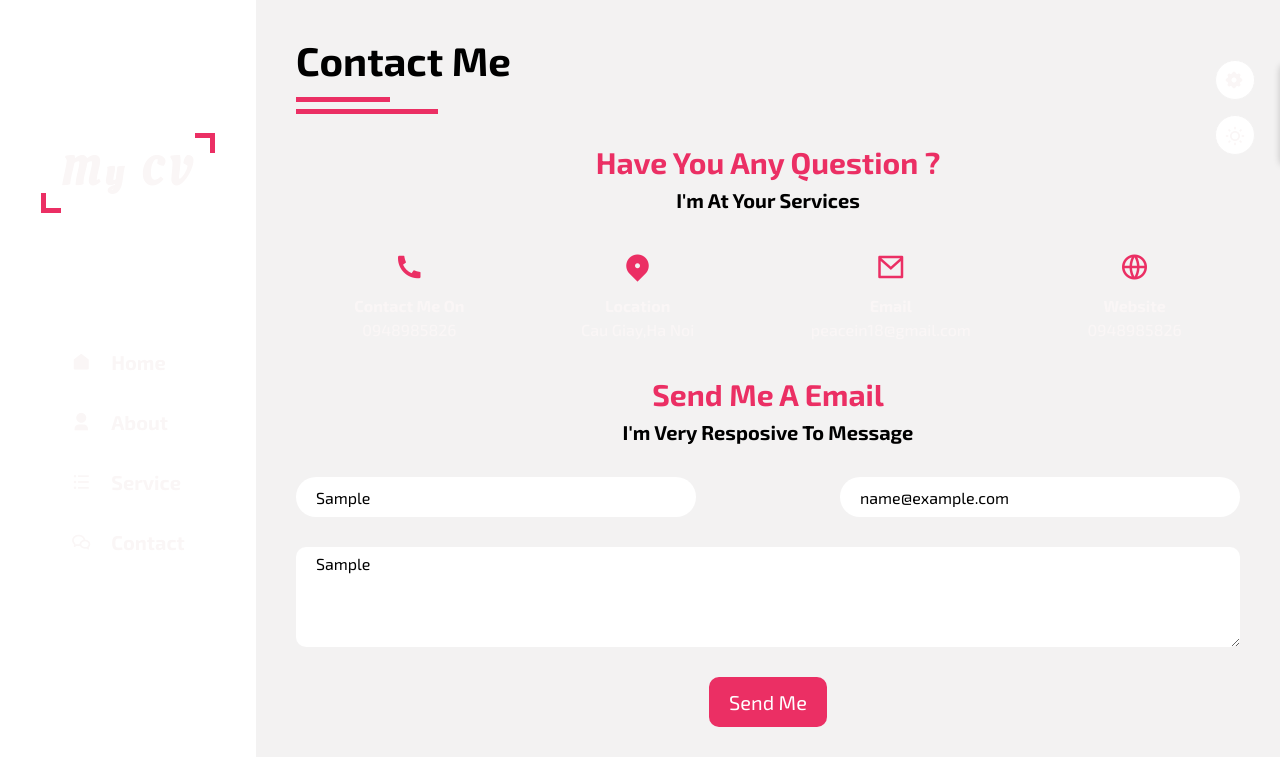
Repository: kien181999/First-Project
Page: index.html
These files come from the project's save history. The page is drawn as it stood at one moment and after the next save; the edit follows.
The browser window is 1280 px wide. The pictures show the whole page.
Empty fields were first filled with sample values (such as "Sample", 5 or name@example.com).
After loading, the first visible `div.day-night` was clicked once.
The style sheet was rebuilt from its Sass, Less or Tailwind sources for each picture, by a compiler version that may differ from the author's.

Above is the page before, as saved 2022-06-04 16:38:08.

After the next save:
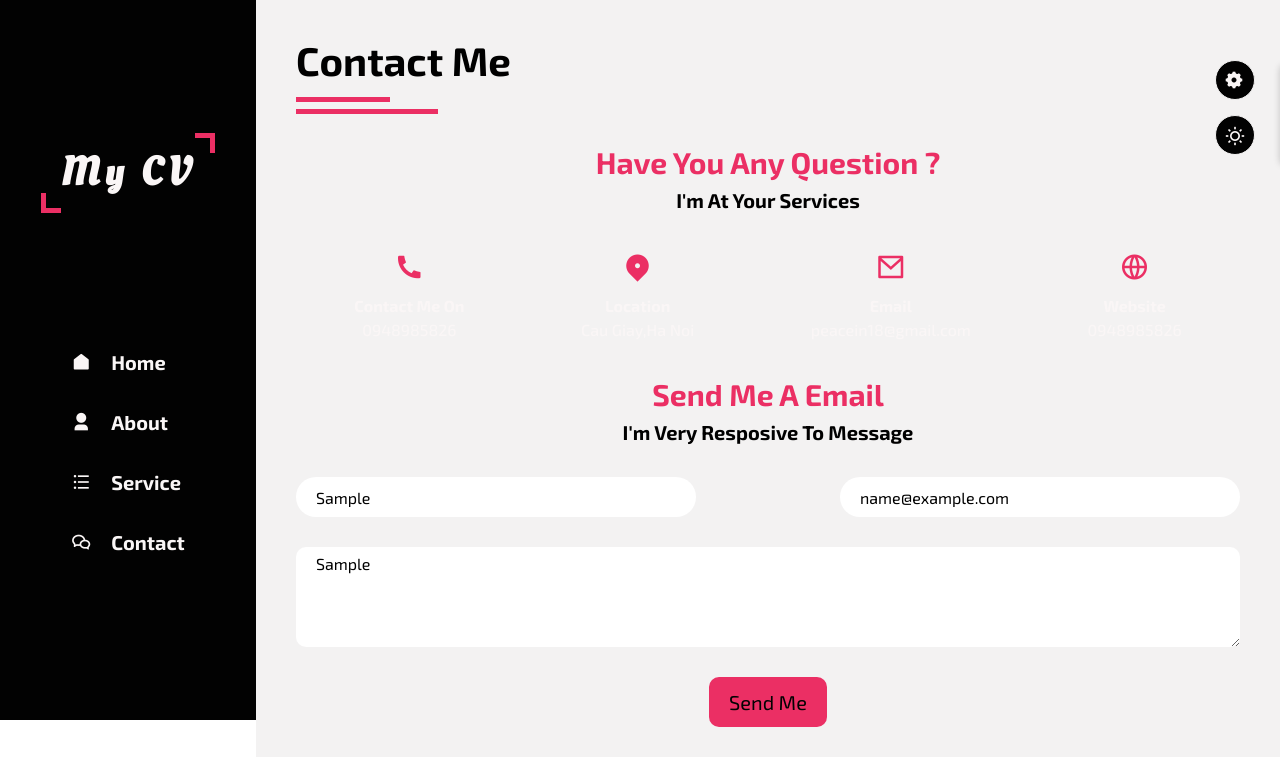
Saved 7 s later.
--- a/sass/_base.scss
+++ b/sass/_base.scss
@@ -21,7 +21,7 @@ html{
 body.dark{
     --black-color: rgb(250, 246, 246);
     --light-black-color: #333;
-    --white-color: #fff;
+    --white-color: rgb(2, 2, 2);
     --light-grey-color-1: #666;
     --light-grey-color-2: rgb(243, 242, 242);
     --pink-color: #eb2f64;
